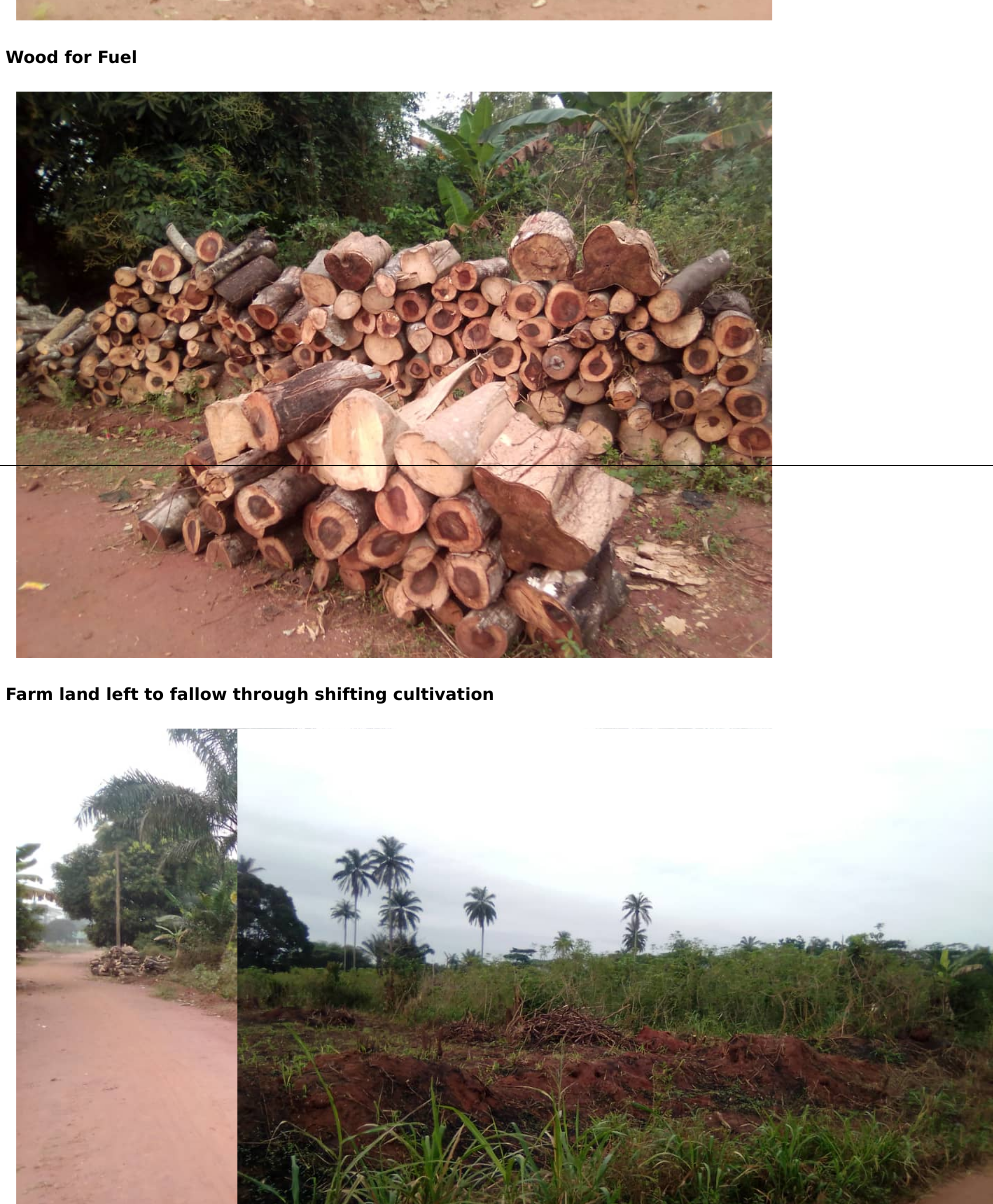
Repository: OtasowieRotimiOsifo/oheze-naka-forum
Page: economy.html
An editor plug-in stored every save of this project. The page is shown before and after the next save, followed by the edit.
The browser window is 1280 px wide. The page is 1419 px wide, so the pictures cover 1419 px, including what lies to the right of the window. The pictures show the part of the page from y = 4780 to 6500 px (the page is 6725 px tall), at 70% of full size.

Above is the page before, as saved 2021-04-01 23:23:33.

### economy.html
<!DOCTYPE html>
<html lang="en">

<meta name="viewport" content="width=device-width, initial-scale=1.0">
<style>
* {
  box-sizing: border-box;
}

.row::after {
  content: "";
  clear: both;
  display: table;
}

[class*="col-"] {
  float: left;
  padding: 15px;
}

html {
  font-family: "Lucida Sans", sans-serif;
}

.header {
  background-color: #9933cc;
  color: #ffffff;
  padding: 15px;
}

.menu ul {
  list-style-type: none;
  margin: 0;
  padding: 0;
}

.menu li {
  padding: 8px;
  margin-bottom: 7px;
  background-color: #33b5e5;
  color: #ffffff;
  box-shadow: 0 1px 3px rgba(0,0,0,0.12), 0 1px 2px rgba(0,0,0,0.24);
}

.menu li:hover {
  background-color: #0099cc;
}

.aside {
  background-color: #4E38A9;
  padding: 15px;
  color: #ffffff;
  text-align: center;
  font-size: 14px;
  box-shadow: 0 1px 3px rgba(0,0,0,0.12), 0 1px 2px rgba(0,0,0,0.24);
}

.footer {
  background-color: #0099cc;
  color: #ffffff;
  text-align: center;
  font-size: 12px;
  padding: 15px;
}

/* For mobile phones: */
[class*="col-"] {
  width: 100%;
}

@media only screen and (min-width: 600px) {
  /* For tablets: */
  .col-s-1 {width: 8.33%;}
  .col-s-2 {width: 16.66%;}
  .col-s-3 {width: 25%;}
  .col-s-4 {width: 33.33%;}
  .col-s-5 {width: 41.66%;}
  .col-s-6 {width: 50%;}
  .col-s-7 {width: 58.33%;}
  .col-s-8 {width: 66.66%;}
  .col-s-9 {width: 75%;}
  .col-s-10 {width: 83.33%;}
  .col-s-11 {width: 91.66%;}
  .col-s-12 {width: 100%;}
}
@media only screen and (min-width: 768px) {
  /* For desktop: */
  .col-1 {width: 8.33%;}
  .col-2 {width: 16.66%;}
  .col-3 {width: 25%;}
  .col-4 {width: 33.33%;}
  .col-5 {width: 41.66%;}
  .col-6 {width: 50%;}
  .col-7 {width: 58.33%;}
  .col-8 {width: 66.66%;}
  .col-9 {width: 75%;}
  .col-10 {width: 83.33%;}
  .col-11 {width: 91.66%;}
  .col-12 {width: 100%;}
}
</style>
<head>
<title> Oheze-Naka Economy </title>
</head>
<body>

<div class="header">
  <h1>Oheze Naka: Economy</h1>
</div>
<div class="row">
  <h2>Occupation</h2>
  <div class="col-8 col-s-9">
      <span>Farming is the main occupation. Rearing of domestic animals is also practiced by the adults. </span>
      <span>Farm Produce include Yam, Plantain, Bananas, Palm Produce, Pineapples, Cassava, Fruits, Vegetables etc.</span>
      <span>Shifting cultivation is the main strategy for soil management.</span>
    </div>
  </div>
  <div class="row">
    <h2>Farm land preparation before planting </h2>
    <div  class="col-3 col-s-3">
      <img src="img/farm-land-preparation.jpeg"/>
  </div>
  </div>
  <div class="row">
    <h2>Plantain Farm</h2>
    <div  class="col-3 col-s-3">
      <img src="img/plantain-farm2.jpg"/>
  </div>
  </div>
  <div class="row">
    <h2>Palm Produce</h2>
    <div  class="col-3 col-s-3">
      <img src="img/palm-produce.jpeg"/>
  </div>
  </div>
  <div class="row">
    <h2>Gari Production from Cassava</h2>
    <div  class="col-3 col-s-3">
      <img src="img/gari-production.jpg"/>
  </div>
  </div>
  <div class="row">
    <h2>Yam Production</h2>
    <div  class="col-3 col-s-3">
      <img src="img/yam-production.jpeg"/>
  </div>
  </div>
  <div class="row">
    <h2>Wood for Fuel</h2>
    <div  class="col-3 col-s-3">
      <img src="img/woods.jpg"/>
  </div>
  </div>
  <div class="row">
    <h2>Farm land left to fallow through shifting cultivation</h2>
    <div  class="col-3 col-s-3">
      <img src="img/forest-2.jpg"/>
  </div>
  <div  class="col-3 col-s-3">
    <img src="img/natural-environment.jpeg"/>
</div>
  </div>
<div class="footer">
  <p>Courtesy of Oheze Naka Forum.</p>
</div>

</body>
</html>

After the next save:
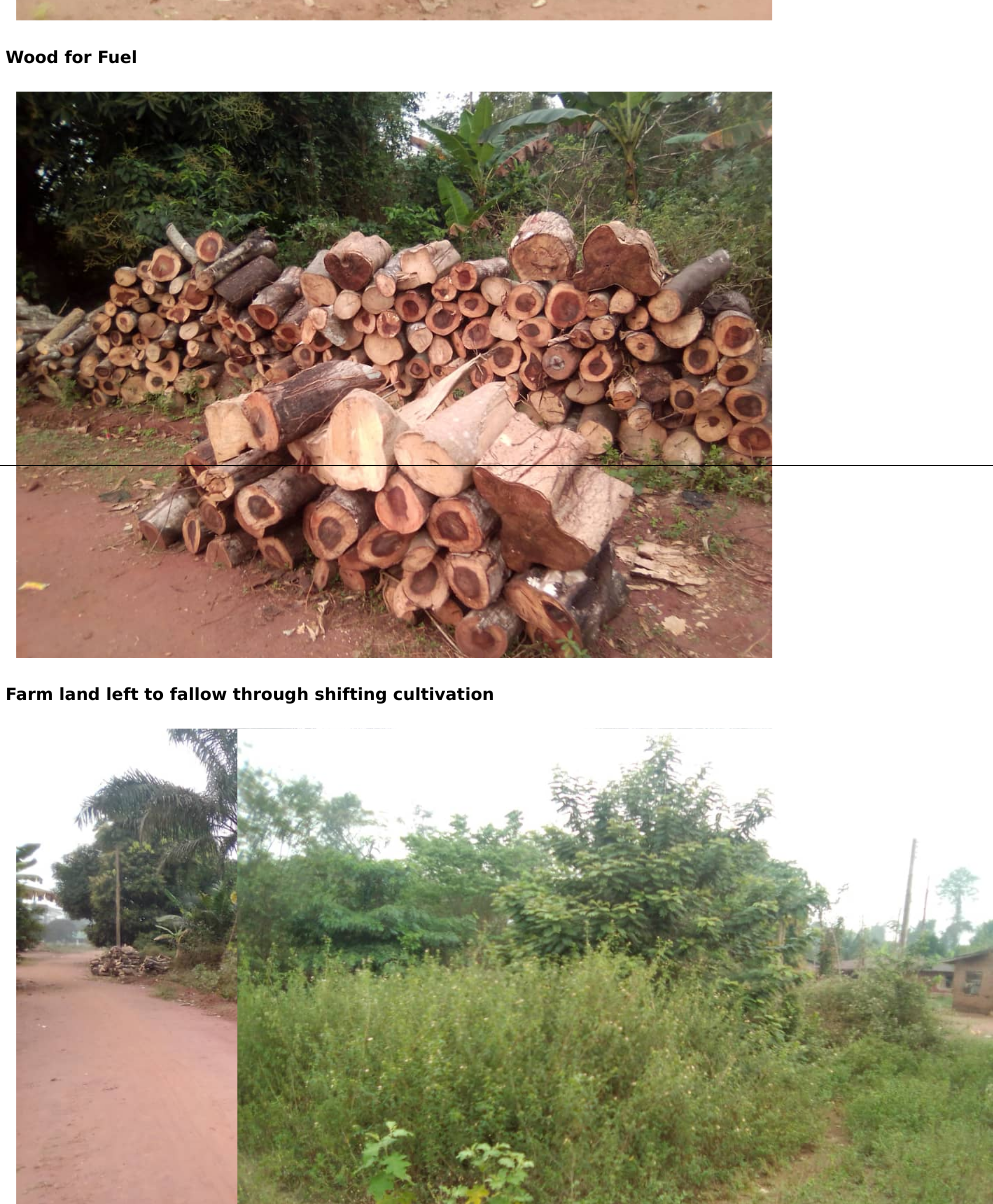
Saved 23 s later.
--- a/economy.html
+++ b/economy.html
@@ -157,7 +157,7 @@ html {
       <img src="img/forest-2.jpg"/>
   </div>
   <div  class="col-3 col-s-3">
-    <img src="img/natural-environment.jpeg"/>
+    <img src="img/green-environment.jpg"/>
 </div>
   </div>
 <div class="footer">
